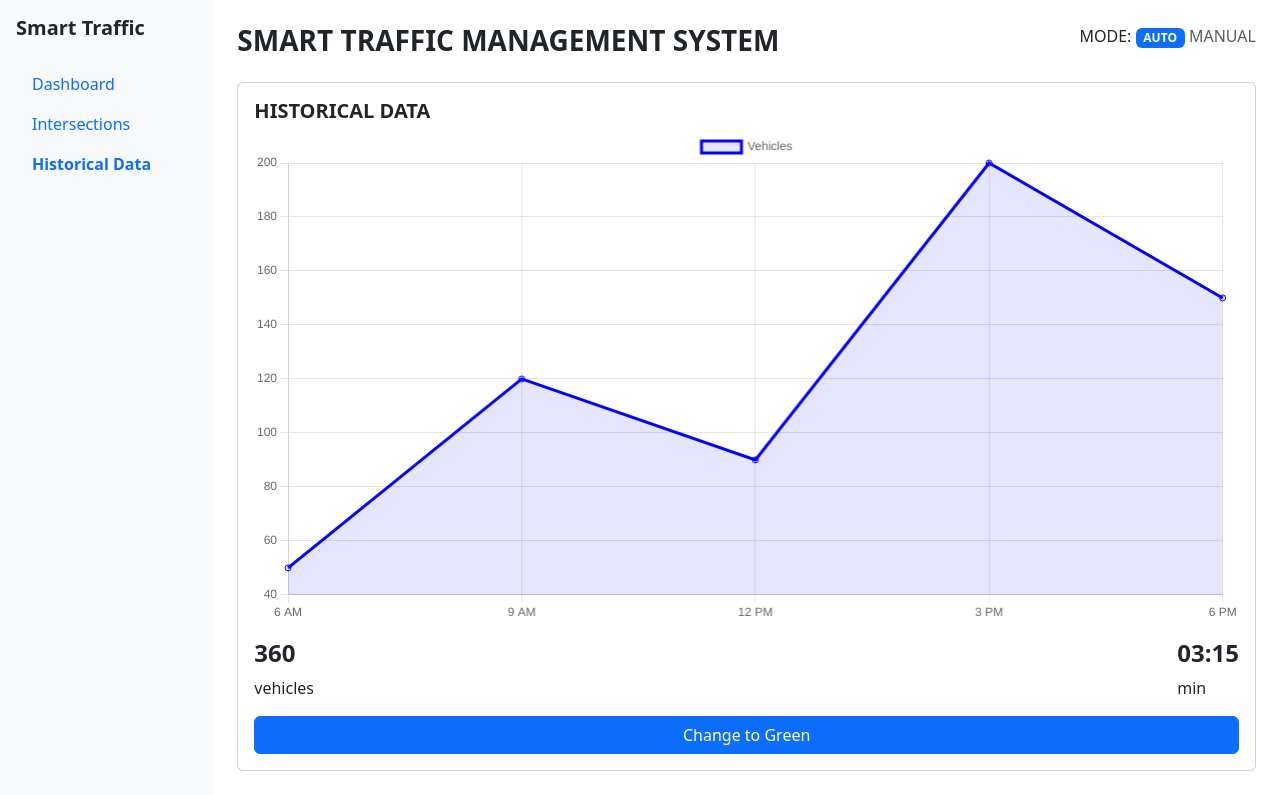
Repository: ayushkrpal/traffic-dashboard
Page: http://localhost/historical
These files come from the project's save history. The page is drawn as it stood at one moment and after a run of saves; the edit follows.
The browser window is 1280 px wide. The pictures show the whole page.
The page is served by the project's Node server (server.js). Other server files are loaded and not shown.

Above is the page before, as saved 2025-09-02 14:40:25.

### views/historical.ejs
<!DOCTYPE html>
<html lang="en">
<head>
  <meta charset="UTF-8">
  <title>Historical Data</title>
  <link href="https://cdn.jsdelivr.net/npm/bootstrap@5.3.0/dist/css/bootstrap.min.css" rel="stylesheet">
</head>
<body>
  <div class="container-fluid">
    <div class="row">

      <!-- Sidebar -->
      <div class="col-2 bg-light p-3">
        <h5 class="fw-bold mb-4">Smart Traffic</h5>
        <ul class="nav flex-column">
          <li class="nav-item"><a class="nav-link" href="/">Dashboard</a></li>
          <li class="nav-item"><a class="nav-link" href="/intersections">Intersections</a></li>
          <li class="nav-item"><a class="nav-link fw-bold" href="/historical">Historical Data</a></li>
        </ul>
      </div>

      <!-- Main Content -->
      <div class="col-10 p-4">
        <div class="d-flex justify-content-between mb-3">
          <h3 class="fw-bold">SMART TRAFFIC MANAGEMENT SYSTEM</h3>
          <div>MODE: <span class="badge bg-primary">AUTO</span> <span class="text-muted">MANUAL</span></div>
        </div>

        <div class="card p-3">
          <h5 class="fw-bold">HISTORICAL DATA</h5>
          <canvas id="historyChart"></canvas>
          <div class="d-flex justify-content-between mt-3">
            <div><h4 class="fw-bold"><%= averageVehicles %></h4> vehicles</div>
            <div><h4 class="fw-bold"><%= avgTime %></h4> min</div>
          </div>
          <button class="btn btn-primary mt-3">Change to Green</button>
        </div>
      </div>
    </div>
  </div>

  <script src="https://cdn.jsdelivr.net/npm/chart.js"></script>
  <script>
    var ctx = document.getElementById('historyChart');
    new Chart(ctx, {
      type: 'line',
      data: {
        labels: <%- JSON.stringify(labels) %>,
        datasets: [{
          label: 'Vehicles',
          data: <%- JSON.stringify(data) %>,
          borderColor: 'blue',
          backgroundColor: 'rgba(0,0,255,0.1)',
          fill: true
        }]
      },
      options: { responsive: true }
    });
  </script>
</body>
</html>

### server.js
const express = require("express");
const app = express();

const path = require("path");

//sokcket io runs only on http server
//SOCKET-IO

const http=require('http');

const socketio=require('socket.io');

const server  = http.createServer(app);

const io = socketio(server);



//mongoose setup
const mongoose = require("mongoose");

// Import model
const IntersectionModel = require("./models/intersection");

// EJS setup
app.set("view engine", "ejs");
app.set("views", path.join(__dirname, "views"));



// Static files
app.use(express.static(path.join(__dirname, "public")));




io.on("connection", (socket) => {
  console.log("Client connected");

  // Client asks for data of a clicked intersection
  socket.on("getIntersectionData", (id) => {
    const fakeData = {
      id,
      name: id === 1 ? "Park Street" : id === 2 ? "Howrah Bridge" : "Salt Lake",
      currentVehicles: Math.floor(Math.random() * 50),
      predictedVehicles: Math.floor(Math.random() * 60),
      currentPhase: ["RED", "GREEN", "YELLOW"][Math.floor(Math.random() * 3)],
      duration: Math.floor(Math.random() * 60)
    };
    socket.emit("intersectionData", fakeData);
  });

  // Manual signal control
    socket.on("changeSignal", ({ id, color }) => {
    console.log(`Intersection ${id} changed to ${color}`);
    // TODO: later update database/ML/device here
  });
});


// Connect to MongoDB
mongoose.connect("mongodb://127.0.0.1:27017/traffic")
  .then(() => console.log("Connected to MongoDB"))
  .catch(err => console.error("MongoDB connection error:", err));


// ---------------- Routes ----------------

// Dashboard (Map)
app.get("/", async (req, res) => {
    res.render("index");

});

// Seed test data
app.get("/seed", async (req, res) => {
  try {
    await IntersectionModel.create([
      { id: 1, name: "Intersection A", lat: 28.61, lng: 77.21, status: "normal", volume: 1200, avgDelay: 30 },
      { id: 2, name: "Intersection B", lat: 28.62, lng: 77.22, status: "congested", volume: 2500, avgDelay: 90 }
    ]);
    res.send("Seeded sample data!");
  } catch (err) {
    console.error("Error seeding data:", err);
    res.status(500).send("Error seeding data");
  }
});

// Historical chart page
app.get("/historical", (req, res) => {
  res.render("historical", {
    labels: ["6 AM", "9 AM", "12 PM", "3 PM", "6 PM"],
    data: [50, 120, 90, 200, 150, 180],
    averageVehicles: 360,
    avgTime: "03:15"
  });
});

// Intersection details (example page)
app.get("/intersections", (req, res) => {
  res.render("intersections", {
    currentVehicles: 35,
    predictedVehicles: 50,
    currentPhase: "Green",
    duration: 30
  });
});

// ---------------- Start Server ----------------
server.listen(3000, () => {
  console.log("Server running at http://localhost:3000");
});

After the next 2 saves:
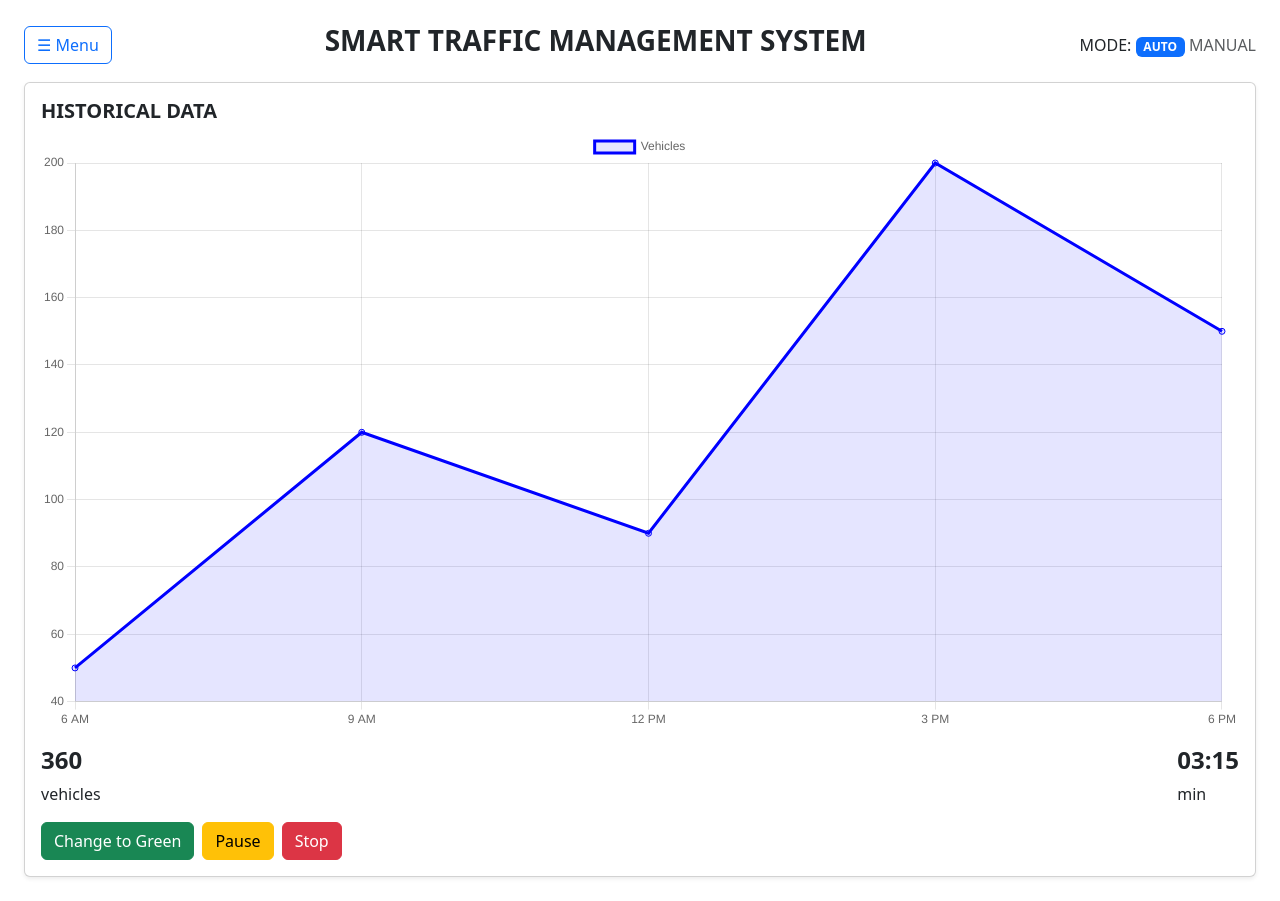
The 2 saves are shown as one change because they came seconds apart.
The last was saved 112 s later.
--- a/views/historical.ejs
+++ b/views/historical.ejs
@@ -4,41 +4,63 @@
   <meta charset="UTF-8">
   <title>Historical Data</title>
   <link href="https://cdn.jsdelivr.net/npm/bootstrap@5.3.0/dist/css/bootstrap.min.css" rel="stylesheet">
+  <style>
+    .btn-custom {
+      transition: all 0.3s ease;
+    }
+    .btn-custom:hover {
+      transform: scale(1.05);
+      box-shadow: 0 4px 12px rgba(0,0,0,0.2);
+    }
+    .offcanvas-header {
+      border-bottom: 1px solid #dee2e6;
+    }
+  </style>
 </head>
 <body>
-  <div class="container-fluid">
-    <div class="row">
+  <div class="container-fluid p-4">
 
-      <!-- Sidebar -->
-      <div class="col-2 bg-light p-3">
-        <h5 class="fw-bold mb-4">Smart Traffic</h5>
+    <!-- Topbar -->
+    <div class="d-flex justify-content-between align-items-center mb-3">
+      <button class="btn btn-outline-primary" data-bs-toggle="offcanvas" data-bs-target="#sidebarMenu">
+        ☰ Menu
+      </button>
+      <h3 class="fw-bold">SMART TRAFFIC MANAGEMENT SYSTEM</h3>
+      <div>MODE: <span class="badge bg-primary">AUTO</span> <span class="text-muted">MANUAL</span></div>
+    </div>
+
+    <!-- Offcanvas Sidebar -->
+    <div class="offcanvas offcanvas-start" tabindex="-1" id="sidebarMenu">
+      <div class="offcanvas-header">
+        <h5 class="offcanvas-title">Smart Traffic</h5>
+        <button type="button" class="btn-close" data-bs-dismiss="offcanvas"></button>
+      </div>
+      <div class="offcanvas-body">
         <ul class="nav flex-column">
           <li class="nav-item"><a class="nav-link" href="/">Dashboard</a></li>
           <li class="nav-item"><a class="nav-link" href="/intersections">Intersections</a></li>
           <li class="nav-item"><a class="nav-link fw-bold" href="/historical">Historical Data</a></li>
         </ul>
       </div>
+    </div>
 
-      <!-- Main Content -->
-      <div class="col-10 p-4">
-        <div class="d-flex justify-content-between mb-3">
-          <h3 class="fw-bold">SMART TRAFFIC MANAGEMENT SYSTEM</h3>
-          <div>MODE: <span class="badge bg-primary">AUTO</span> <span class="text-muted">MANUAL</span></div>
-        </div>
-
-        <div class="card p-3">
-          <h5 class="fw-bold">HISTORICAL DATA</h5>
-          <canvas id="historyChart"></canvas>
-          <div class="d-flex justify-content-between mt-3">
-            <div><h4 class="fw-bold"><%= averageVehicles %></h4> vehicles</div>
-            <div><h4 class="fw-bold"><%= avgTime %></h4> min</div>
-          </div>
-          <button class="btn btn-primary mt-3">Change to Green</button>
-        </div>
+    <!-- Main Content -->
+    <div class="card p-3 shadow-sm">
+      <h5 class="fw-bold">HISTORICAL DATA</h5>
+      <canvas id="historyChart"></canvas>
+      <div class="d-flex justify-content-between mt-3">
+        <div><h4 class="fw-bold"><%= averageVehicles %></h4> vehicles</div>
+        <div><h4 class="fw-bold"><%= avgTime %></h4> min</div>
+      </div>
+      <div class="mt-3 d-flex gap-2">
+        <button class="btn btn-success btn-custom">Change to Green</button>
+        <button class="btn btn-warning btn-custom">Pause</button>
+        <button class="btn btn-danger btn-custom">Stop</button>
       </div>
     </div>
   </div>
 
+  <script src="https://cdn.jsdelivr.net/npm/bootstrap@5.3.0/dist/js/bootstrap.bundle.min.js"></script>
   <script src="https://cdn.jsdelivr.net/npm/chart.js"></script>
   <script>
     var ctx = document.getElementById('historyChart');
